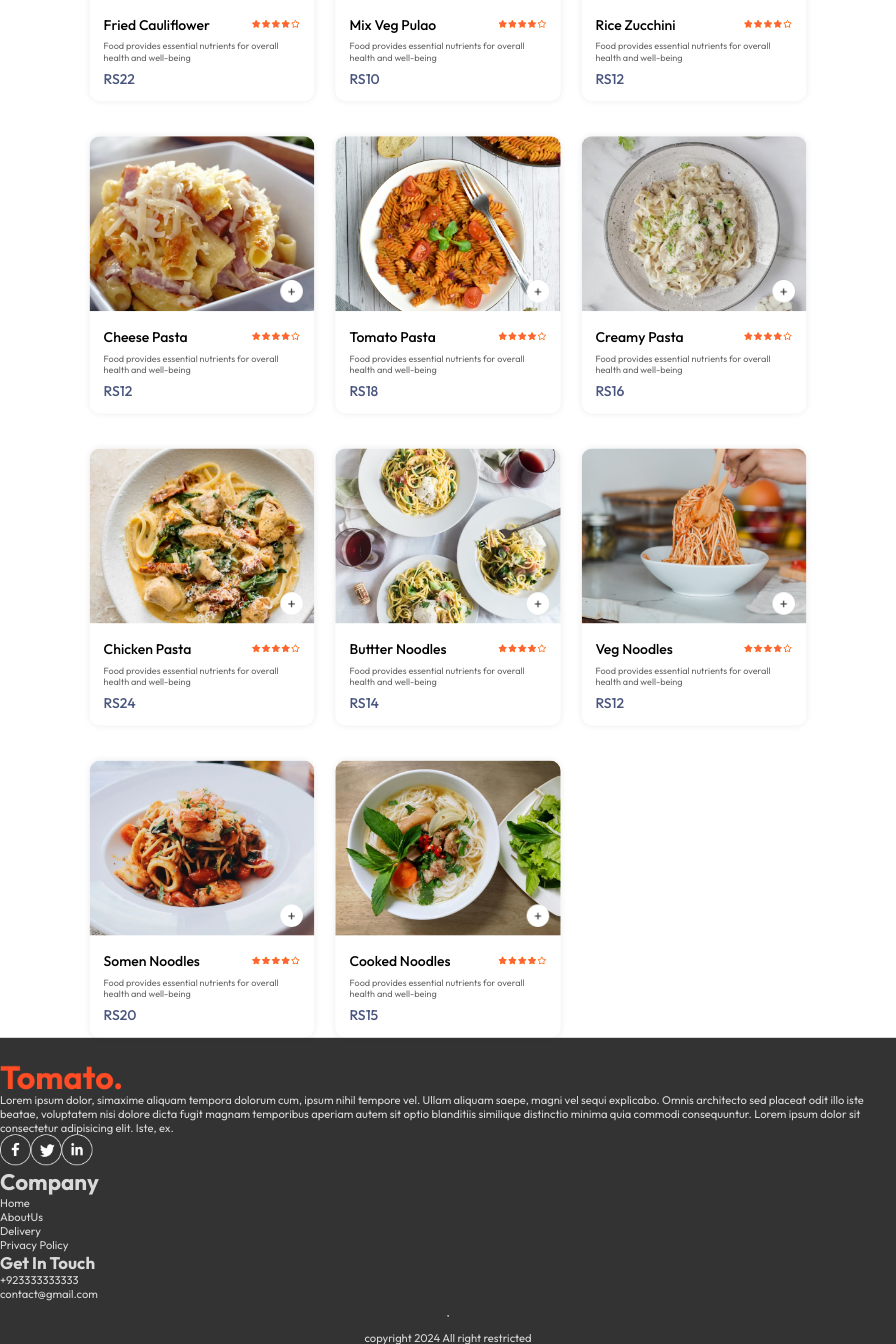
Repository: Attar786/Food-ordering-app
Page: / (app in frontend/)
The author's editor kept a copy of each file at every save. The page is drawn from the files as they stood at one save, then again after the next save.
The browser window is 1280 px wide. The pictures show the part of the page from y = 4362 to 6282 px (the page is 6282 px tall before and 6242 px after), at 70% of full size.
The project was rebuilt for these pictures with package versions that can differ from the ones it lists, and the page was loaded fresh each time. Also part of the build but not shown: frontend/vite.config.js, frontend/src/pages/Cart/Cart.css, frontend/src/pages/Cart/Cart.jsx, frontend/src/pages/PlaceOrder/PlaceOrder.css, frontend/src/pages/PlaceOrder/PlaceOrder.jsx.

Above is the page before, as saved 2024-07-26 20:02:29.

### frontend/src/main.jsx
import ReactDOM from 'react-dom/client'
import App from './App.jsx'
import './index.css'
import {BrowserRouter} from 'react-router-dom'
import StoreContextProvider from './context/StoreContext.jsx'
ReactDOM.createRoot(document.getElementById('root')).render(
<BrowserRouter>

<StoreContextProvider>
<App />
</StoreContextProvider>

    </BrowserRouter>
)

### frontend/src/App.jsx
import './index.css'
import Navbar from "./components/Navbar/Navbar"
import Home from './pages/Home/Home'
import Cart from './pages/Cart/Cart'
import PlaceOrder from './pages/PlaceOrder/PlaceOrder'
import { Route, Routes } from 'react-router-dom'
import Footer from './components/Footer/Footer'


function App() {

  return (
    <>

  <div className='app'>
  <Navbar/>
<Routes>
<Route path='/' element={<Home/>}/>
<Route path='/cart' element={<Cart/>}/>
<Route path='/order' element={<PlaceOrder/>}/>

</Routes>
  </div>
  <Footer/>
    </>
  )
}

export default App

### frontend/src/index.css
@import url('https://fonts.googleapis.com/css2?family=Outfit:wght@100..900&display=swap');


*{
margin: 0;
padding: 0;
 box-sizing: border-box;
 font-family: outfit;
}
body{
height: 100vh;
}
a{
text-decoration: none;
color : inherit;
}
.app{
    width: 80%;
    margin: auto;
}
@keyframes fadeIn{
    0%{
        opacity: 0;
    }
    100%{
        opacity: 1;
    }
}

### frontend/src/context/StoreContext.jsx
import './StoreContext.css';
import { createContext, useEffect, useState } from 'react';
import { food_list } from '../assets/assets'; // Ensure this path is correct and food_list is correctly exported

export const StoreContext = createContext(null);

const StoreContextProvider = (props) => {
  const [cartItems, setCartItems] = useState({});

  const addToCart = (itemId) => {
    if (!cartItems[itemId]) {
      setCartItems((prev) => ({ ...prev, [itemId]: 1 }));
    } else {
      setCartItems((prev) => ({ ...prev, [itemId]: prev[itemId] + 1 }));
    }
  };

  const removeFromCart = (itemId) => {
    setCartItems((prev) => {
      const newCount = prev[itemId] - 1;
      if (newCount <= 0) {
        const { [itemId]: _, ...rest } = prev;
        return rest;
      } else {
        return { ...prev, [itemId]: newCount };
      }
    });
  };

  useEffect(() => {
    console.log(cartItems);
  }, [cartItems]);

  const contextValue = {
    food_list,
    cartItems,
    setCartItems,
    addToCart,
    removeFromCart,
  };

  return (
    <StoreContext.Provider value={contextValue}>
      {props.children}
    </StoreContext.Provider>
  );
};

export default StoreContextProvider;

### frontend/src/components/Navbar/Navbar.jsx
import { useState } from 'react';
import './Navbar.css';
import { assets } from '../../assets/assets';

const Navbar = () => {
  const [menu, setMenu] = useState("home");

  const handleMenuClick = (menuItem) => {
    setMenu(menuItem);
  };

  return (
    <div className="Navbar">
      <img src={assets.logo} alt="Logo" className="logo" />
      <ul className="navbar-menu">
        <li onClick={() => handleMenuClick("home")} className={menu === "home" ? "active" : ""}>Home</li>
        <li onClick={() => handleMenuClick("menu")} className={menu === "menu" ? "active" : ""}>Menu</li>
        <li onClick={() => handleMenuClick("mobile-app")} className={menu === "mobile-app" ? "active" : ""}>Mobile App</li>
        <li onClick={() => handleMenuClick("contact-us")} className={menu === "contact-us" ? "active" : ""}>Contact Us</li>
      </ul>
      <div className="navbar-right">
        <img src={assets.search_icon} alt="search-icon" />
        <div>
          <img src={assets.basket_icon} alt="icons" />
          <div className="dot"></div>
        </div>
        <button>Sign In</button>
      </div>
    </div>
  );
}

export default Navbar;

### frontend/src/pages/Home/Home.jsx
import {useState} from 'react'
import Header from '../../components/Header/Header'
import ExploreMenu from '../../components/ExploreMenu/ExploreMenu'
import './Home.css'
import FoodDisplay from '../../components/FoodDisplay/FoodDisplay'

const Home = () => {
    const [category , setCategory ] = useState('All')
  return (
    <>
<Header/>
<ExploreMenu category={category} setCategory={setCategory}/>
<FoodDisplay category={category} />

</>
)
}

export default Home

### frontend/src/components/Footer/Footer.jsx
import "./Footer.css"
import { assets } from "../../assets/assets"
const Footer = () => {
  return (
    <div className="footer" id="footer">
<div className="footer-content">
    <div className="footer-content-left">
        <img src={assets.logo} alt="fsf" />
    <p>  Lorem ipsum dolor, simaxime aliquam tempora dolorum cum, ipsum nihil tempore vel. Ullam aliquam saepe, magni vel sequi explicabo. Omnis architecto sed placeat odit illo iste beatae, voluptatem nisi dolore dicta fugit magnam temporibus aperiam autem sit optio blanditiis similique distinctio minima quia commodi consequuntur. Lorem ipsum dolor sit consectetur adipisicing elit. Iste, ex.</p>
    <div className="footer-social-icons">
        <img src={assets.facebook_icon} alt="" />
        <img src={assets.twitter_icon} alt="" />
        <img src={assets.linkedin_icon} alt="" />
    </div>

    </div>
    <div className="footer-content-center">
    <h1>Company</h1>
        <ul>
        <li>Home</li>
        <li>AboutUs</li>
        <li>Delivery</li>
        <li>Privacy Policy</li>
        </ul>
    </div>
    <div className="footer-content-right">
        <h2>Get In Touch</h2>
        <ul>
            <li>
                +923333333333
            </li>
            <li>
                contact@gmail.com
            </li>
        </ul>
    </div>
</div>
<hr/>
<p className="footer-copyright">
copyright 2024 All right restricted
</p>

    </div>
  )
}

export default Footer

### frontend/src/components/Navbar/Navbar.css
.Navbar{
    padding: 20px 0;
    display: flex;
    justify-content: space-between;
    align-items: center;
}
.Navbar .logo{
    width: 150px;
}
.navbar-menu{
    display: flex;
    list-style: none;
    gap: 20px;
    font: 18px;
    color: #49557e;
    cursor: pointer;
}
.navbar-right{
    display: flex;
    align-items: center;
    gap: 25px;

}
.Navbar button{
    font-size: 15px;
    border: 1px solid #49557e;
    background: transparent;
    padding: 10px 25px;
    cursor: pointer;
    border-radius: 40px;
    transition: 0.3s;
}
.Navbar button:hover{
    background-color: #fff4f2;
}
.Navbar .navbar-menu .active{
    padding-bottom: 2px;
    border-bottom: 2px solid #49557e;

}
.search-icon{
    position: relative;
}
/* .search-icon .dot{ */
    /* position: absolute;
    top: -5px;
    right: -5px;
    width: 10px;
    height: 10px;
    background-color: blue;
    border-radius: 50%;
} */
.dot {
    position: absolute;
    top: 12px; /* Adjust as needed */
    right: 268px; /* Adjust as needed */
    width: 10px;
    height: 10px;

    background-color: tomato;
    border-radius: 50%;
  }

### frontend/src/components/Header/Header.jsx
import "./Header.css";
const Header = () => {
  return (
    <div className="header">
      <div className="header-contents">
        <h2>order your Favourite Food Here</h2>
        <p>
          Lorem ipsum dolor sit amet consectetur adipisicing elit. Ab,
          repudiandae. Odio architecto libero enim minima.
        </p>
        <button>View Menu</button>
      </div>
    </div>
  );
};

export default Header;

### frontend/src/components/ExploreMenu/ExploreMenu.jsx
import './ExploreMenu.css'
import { menu_list } from '../../assets/assets';
import PropTypes from 'prop-types'
const ExploreMenu = ({ category, setCategory }) => {
  return (
    <div className='explore-menu' id='explore-menu'>
      <h1 className='explore-menu-title'>Explore our Menu</h1>
      <p className='explore-menu-text'>Lorem ipsum dolor sit, amet consectetur adipisicing elit. Quam, eos?</p>
      <div className='explore-menu-list'>
        {menu_list.map((item, index) => {
          return (
            <div onClick={() => setCategory(prev => prev === item.menu_name ? "All" : item.menu_name)} key={index} className='explore-menu-list-item'>
              <img className={category === item.menu_name ? "active" : ""} src={item.menu_image} alt="" />
              <p>{item.menu_name}</p>
            </div>
          )
        })}
      </div>
      <hr />
    </div>
  )
}
    ExploreMenu.propTypes = {
    category: PropTypes.string.isRequired,
    setCategory: PropTypes.func.isRequired,
  };

export default ExploreMenu;

### frontend/src/components/FoodDisplay/FoodDisplay.jsx
import { useContext } from 'react';
import './FoodDisplay.css';
import { StoreContext } from '../../context/StoreContext';
import FoodItem from '../FoodItem/FoodItem';

const FoodDisplay = ({ category }) => {
  const { food_list = [] } = useContext(StoreContext); // Provide a default value

  if (!food_list.length) {
    return <div>Loading...</div>; // Handle loading state or error
  }

  return (
    <div className='food-display' id='food-display'>
      <h2>Top Dishes Near To You</h2>
      <div className='food-display-list'>
        {food_list
          .filter(item => category === "All" || category === item.category)
          .map((item, index) => (
            <FoodItem
              key={index}
              id={item._id}
              name={item.name}
              description={item.description}
              price={item.price}
              image={item.image}
            />
          ))}
      </div>
    </div>
  );
};

export default FoodDisplay;

### frontend/src/components/Footer/Footer.css
.footer{
    color: #d9d9d9;
    background-color: hsl(0, 0%, 20%);
    display: flex;
    flex-direction: column;
    align-items: center;
    gap: 20px;
    padding: 30px, 8vw;
    padding-top: 40px;
}

### frontend/src/components/Header/Header.css
.header{
    height: 35vw;
    margin: 30px auto;
    background: url('/header_img.png') no-repeat;
    background-size: contain;
    position: relative;
}
.header-contents{
position: absolute;
display: flex;
flex-direction: column;
align-items: start;
gap: 1.5vw;
max-width: 50%;
bottom: 10%;
left: 6vw;
animation: fadeIn 3s;
}

.header-contents h2{
    font-weight: 500;
    color: white;
    font-size: max(4.5vw, 22px);
}
.header-contents p{
    color: white;
    font-size: 1vw;

}
.header-contents button{
    font-weight: 500;
    color: #747474;
    border: none;
    padding: 1vw 2.3vw;
    background-color: white;
    border-radius: 50px;
    font-size: max(1vw,12px);


}

### frontend/src/components/ExploreMenu/ExploreMenu.css
.explore-menu{
    display: flex;
    flex-direction: column;
    gap: 20px;
}
.explore-menu h1{
    color: #262626;
    font-weight: 500;
}
.explore-menu-text{
    max-width: 60%;
    columns: #808080;
}
.explore-menu-list {
    display: flex;
    justify-content: space-between;
    align-items:center;
    gap: 30px;
    text-align: center;
    margin: 20px 0px;
    overflow: scroll;
}
.explore-menu-list::-webkit-scrollbar{
    display: none;
}
.explore-menu-list-item img{
    width: 7.5vw;
    min-width: 85px;
    cursor: pointer;
    border-radius: 50%;
    transition: 0.3s;
}

.explore-menu-list-item p{
    cursor: pointer;
    color: #747474;
    font-size: max(1.4vw, 16px)
}
.explore-menu hr{
    margin: 10px 0px;
    height: 2px;
    color: #e2e2e2;
    border: none;
}
.explore-menu-list-item .active{
    border:3px solid tomato;
    padding: 2px;
}

### frontend/src/components/FoodDisplay/FoodDisplay.css
.food-display{
    margin-top: 30px;
}
.food-display h2{
    font-size: max(2vw, 24px);
    font-weight: 600;
}
.food-display-list{
    display: grid;
    grid-template-columns: repeat(auto-fill,minmax(240px,1fr));
    margin-top: 30px;
    gap: 30px;
    row-gap: 50px;
}

### frontend/src/components/FoodItem/FoodItem.jsx
import './FoodItem.css';
import { assets } from '../../assets/assets';
import { useContext } from 'react';
import { StoreContext } from '../../context/StoreContext';

const FoodItem = ({ id, name, price, description, image }) => {
  const { cartItems, addToCart, removeFromCart } = useContext(StoreContext);

  return (
    <div className='food-item'>
      <div className='food-item-img-container'>
        <img className='food-item-image' src={image} alt={name} />
        {
          !cartItems[id]
            ? <img className='add' onClick={() => addToCart(id)} src={assets.add_icon_white} alt="" />
            : <div className='food-item-counter'>
                <img onClick={() => removeFromCart(id)} src={assets.remove_icon_red} alt="" />
                <p>{cartItems[id]}</p>
                <img onClick={() => addToCart(id)} src={assets.add_icon_green} alt="" />
              </div>
        }
      </div>
      <div className='food-item-info'>
        <div className='food-item-name-rating'>
          <p>{name}</p>
          <img src={assets.rating_starts} alt="Rating" />
        </div>
        <p className='food-item-description'>
          {description}
        </p>
        <p className='food-item-price'>RS{price}</p>
      </div>
    </div>
  );
};

export default FoodItem;

### frontend/src/components/FoodItem/FoodItem.css
.food-item{
    width: 100%;
    border-radius: 15px;
    box-shadow: 0px 0px 10px #00000015;
    transition: 0.3s;
    animation: fadeIn 1s;
}
.food-item-image{
    width: 100%;
    border-radius : 15px 15px 0px 0px;
}

.food-item-info{
    padding: 20px;
}
.food-item-name-rating{
    display: flex;
    justify-content: space-between;
    align-items: center;
    margin-bottom: 10px;
}
.food-item-name-rating p{
    font-size: 20px;
    font-weight: 500;

}
.food-item-name-rating img {
    width: 70px;

}
.food-item-description{
    color: #676767;
    font-size: 13px;
}
.food-item-price{
    margin-top: 10px;
    color: #49557e;
    font-size: 20px;
    font-weight: 500;
}
.food-item-img-container{
    position: relative;
}

.food-item-img-container .add{
    width: 35px;
    position:absolute;
    bottom: 15px;
    right: 15px;
    cursor: pointer;
    border-radius: 50%;
}
.food-item-counter{
    position: absolute;
    bottom: 15px;
    right: 15px;
    background-color: white;
    display: flex;
    align-items: center;
    gap: 10px;
    padding: 6px;
    border-radius:50px;

}
.food-item-counter img{
    width: 30px;
}

Loaded but not shown: frontend/index.html (common file); frontend/src/assets/assets.js (350 lines, source omitted); frontend/src/context/StoreContext.css (no stored copy; drawn as an empty file); frontend/src/pages/Home/Home.css (no stored copy; drawn as an empty file)

After the next save:
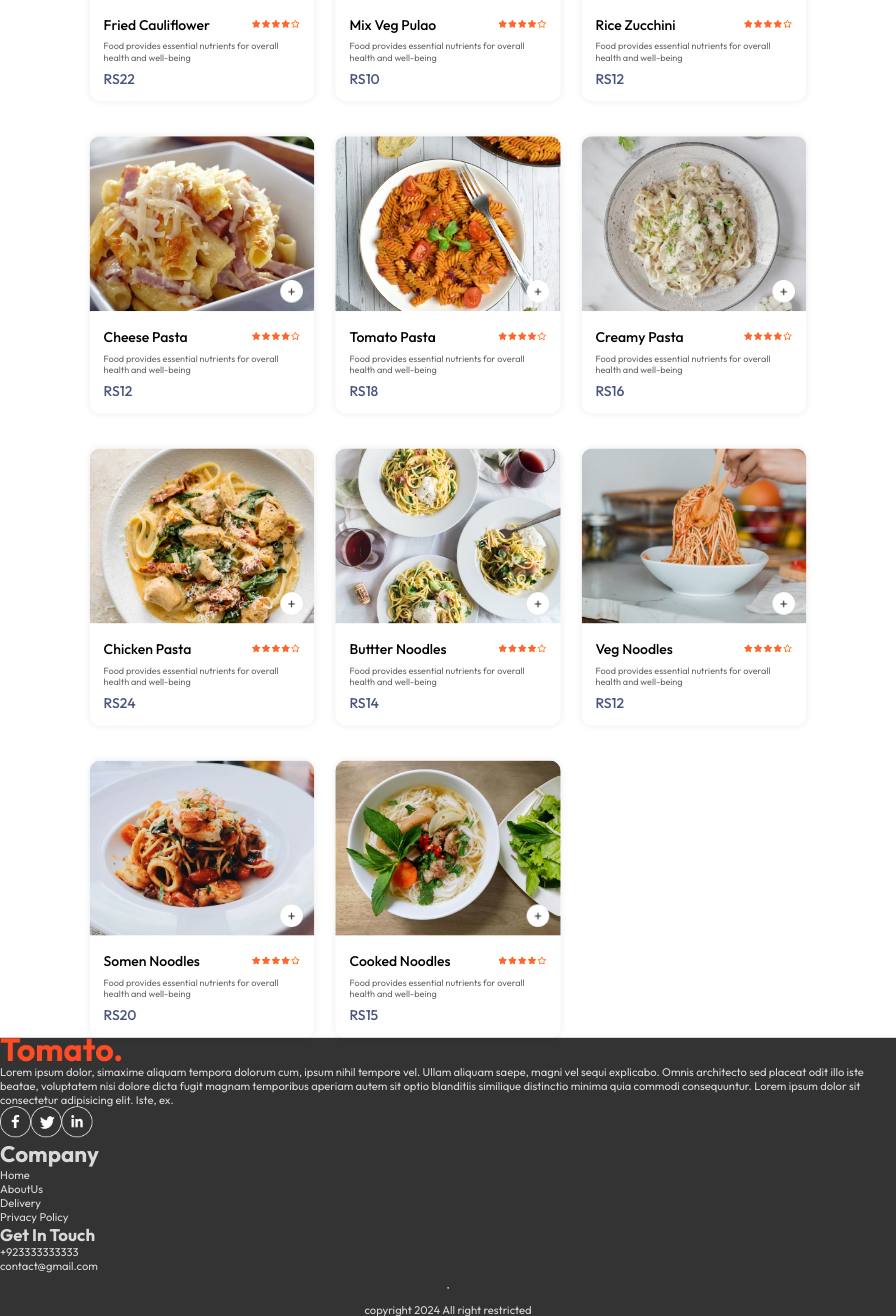
Saved 14 s later.
--- a/frontend/src/components/Footer/Footer.css
+++ b/frontend/src/components/Footer/Footer.css
@@ -6,5 +6,5 @@
     align-items: center;
     gap: 20px;
     padding: 30px, 8vw;
-    padding-top: 40px;
+    /* padding-top: 40px; */
 }

After the save that followed:
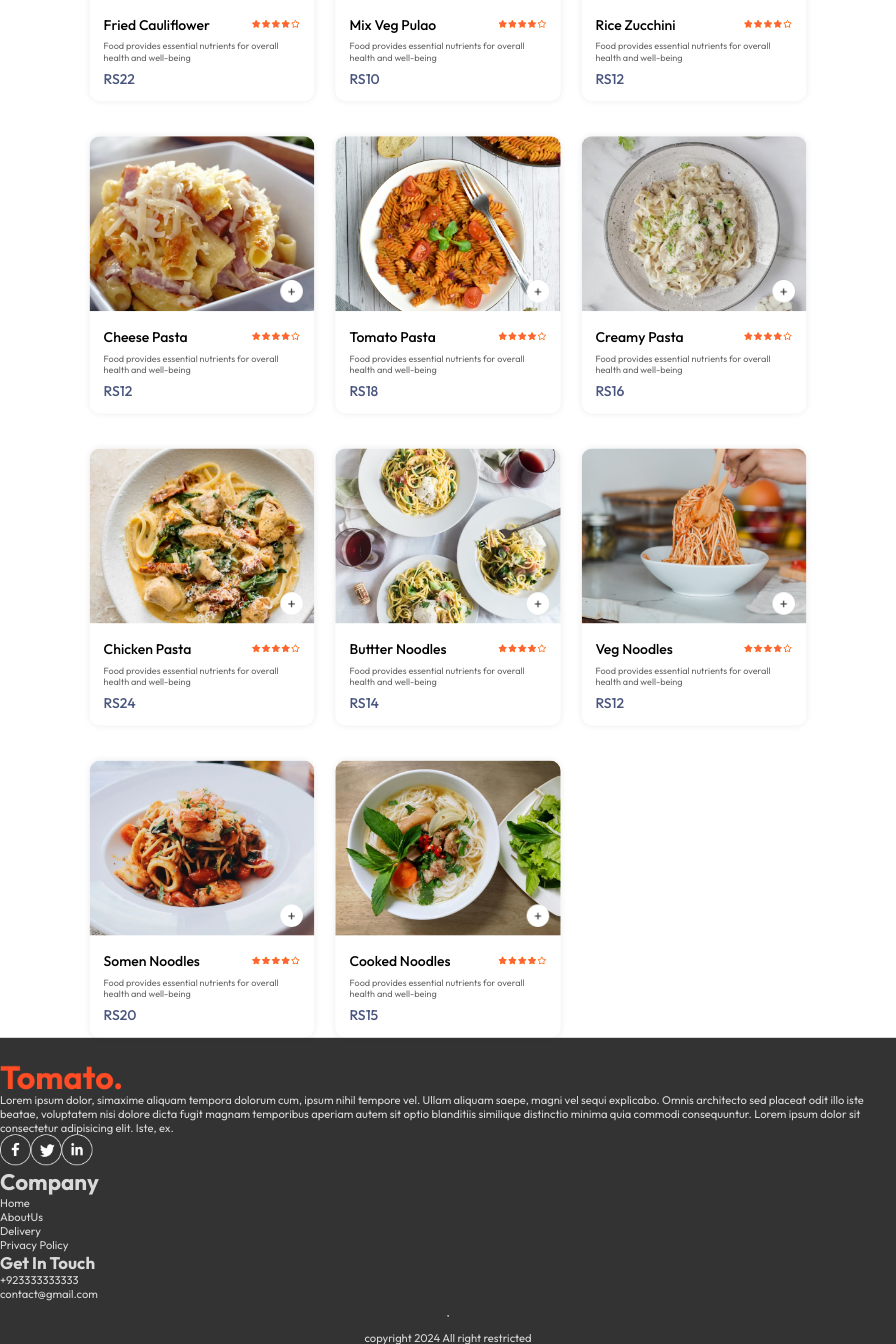
Saved 6 s later.
--- a/frontend/src/components/Footer/Footer.css
+++ b/frontend/src/components/Footer/Footer.css
@@ -6,5 +6,5 @@
     align-items: center;
     gap: 20px;
     padding: 30px, 8vw;
-    /* padding-top: 40px; */
+    padding-top: 40px;
 }
